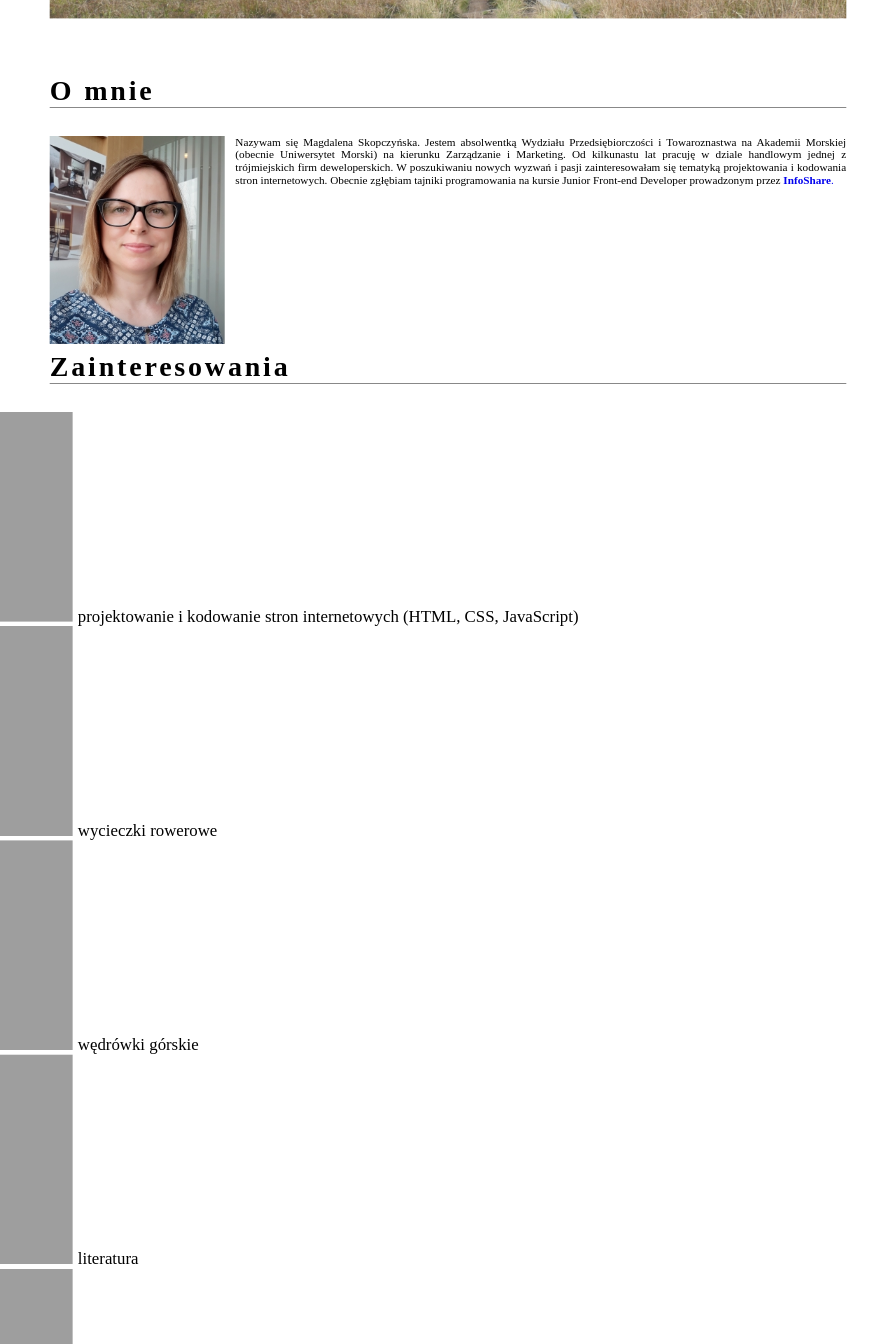
Repository: MagJaw/portfolio
Page: portfolio.html
The author's editor kept a copy of each file at every save. The page is drawn from the files as they stood at one save, then again after the next save.
The browser window is 1280 px wide. The pictures show the part of the page from y = 616 to 2536 px (the page is 7763 px tall before and 7781 px after), at 70% of full size.
A picture or video elsewhere on the page could not be fetched, so the positions and the page height are approximate.

Above is the page before, as saved 2018-11-20 00:24:51.

After the next save:
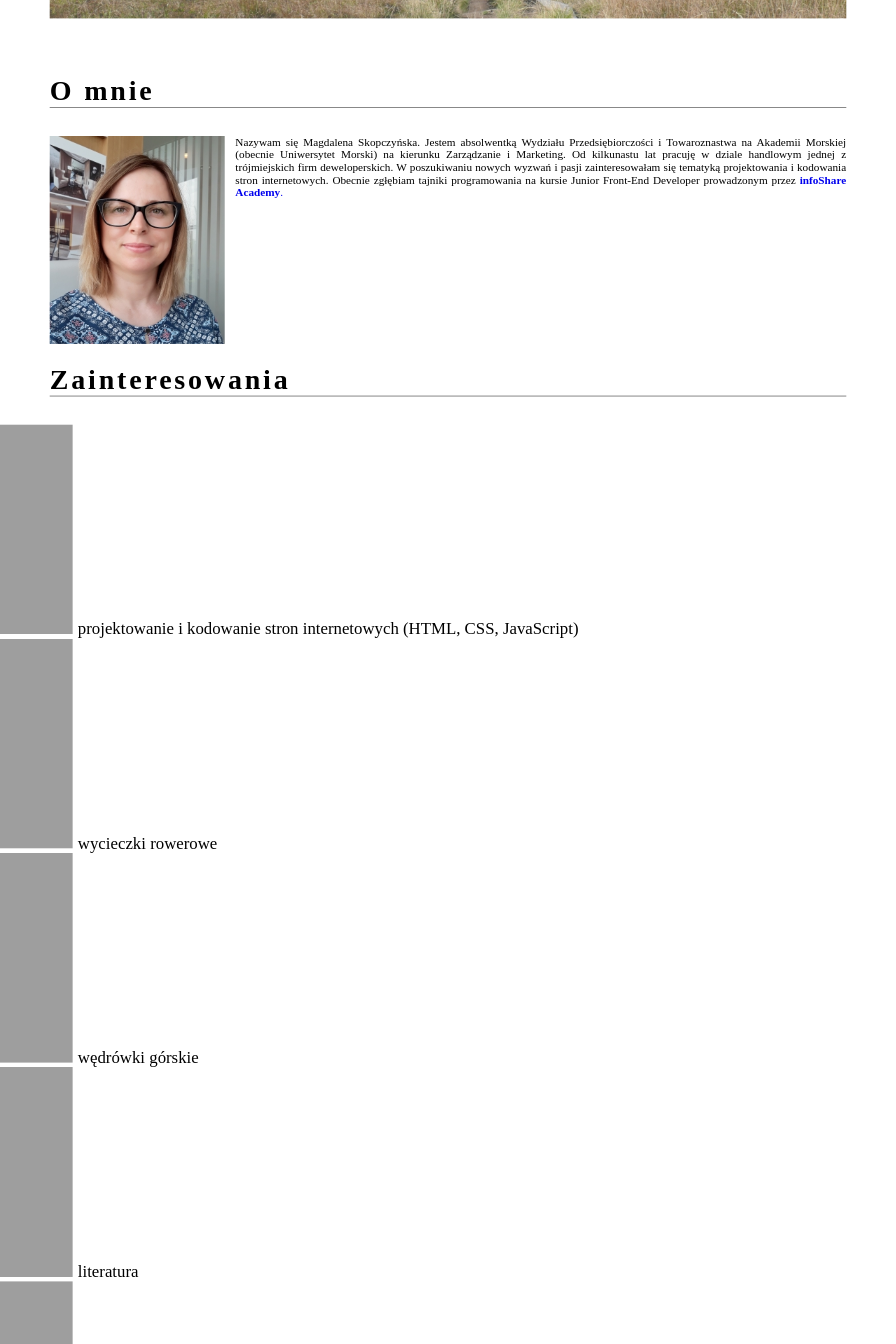
Saved 2 min 52 s later.
--- a/portfolio.html
+++ b/portfolio.html
@@ -40,7 +40,7 @@
                 <div class="section2__img">
                     <img src="portret.jpg" class="my__photo">
                 </div>
-                <p class="history"> Nazywam się Magdalena Skopczyńska. Jestem absolwentką Wydziału Przedsiębiorczości i Towaroznastwa na Akademii Morskiej (obecnie Uniwersytet Morski) na kierunku Zarządzanie i Marketing. Od kilkunastu lat pracuję w dziale handlowym jednej z trójmiejskich firm deweloperskich. W poszukiwaniu nowych wyzwań i pasji zainteresowałam się tematyką projektowania i kodowania stron internetowych. Obecnie zgłębiam tajniki programowania na kursie Junior Front-end Developer prowadzonym przez <a target="_blank" href="https://infoshareacademy.com/" class="link"><b>InfoShare</b>.</a></p>
+                <p class="history"> Nazywam się Magdalena Skopczyńska. Jestem absolwentką Wydziału Przedsiębiorczości i Towaroznastwa na Akademii Morskiej (obecnie Uniwersytet Morski) na kierunku Zarządzanie i Marketing. Od kilkunastu lat pracuję w dziale handlowym jednej z trójmiejskich firm deweloperskich. W poszukiwaniu nowych wyzwań i pasji zainteresowałam się tematyką projektowania i kodowania stron internetowych. Obecnie zgłębiam tajniki programowania na kursie Junior Front-End Developer prowadzonym przez <a target="_blank" href="https://infoshareacademy.com/" class="link"><b>infoShare Academy</b>.</a></p>
             </div>
             <div id="section3">
                 <h1 class="header__section">Zainteresowania</h1>
